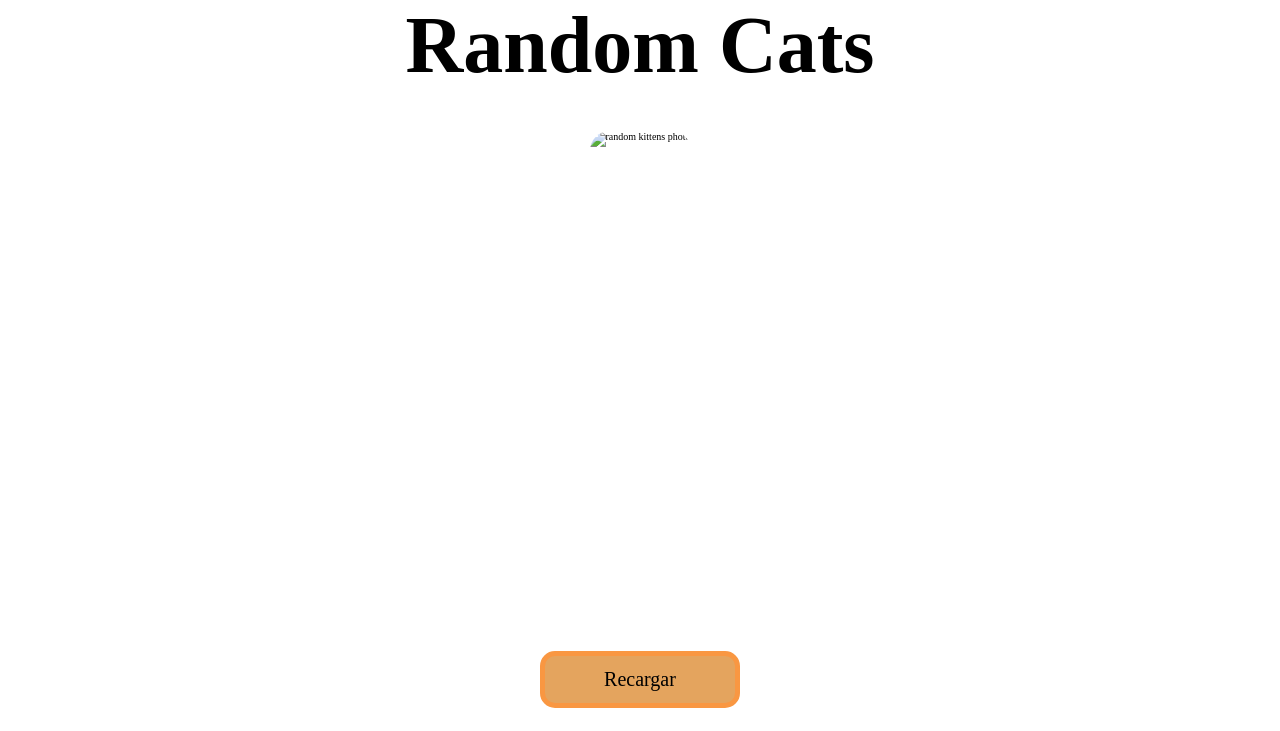
Repository: elto82/ConsumoAPIRESTjs
Page: index.html
These files come from the project's save history. The page is drawn as it stood at one moment and after the next save; the edit follows.
The browser window is 1280 px wide. The pictures show the whole page.
The page's requests for data from a server got no answer.

Above is the page before, as saved 2022-07-02 17:44:16.

### index.html
<!DOCTYPE html>
<html lang="en">

<head>
  <meta charset="UTF-8">
  <meta http-equiv="X-UA-Compatible" content="IE=edge">
  <meta name="viewport" content="width=device-width, initial-scale=1.0">
  <title>Random Cats</title>
  <link rel="stylesheet" href="style.css">
</head>

<body>
  <header>
    <h1>Random Cats</h1>
  </header>
  <section class="container">
    <img alt="random kittens photo" class="image">
    <input class="random-cat-button" type="button" value="Recargar" onclick="location.reload()">
  </section>
  <script src="./main.js"></script>
</body>

</html>

### style.css
* {
  box-sizing: border-box;
  margin: 0px;
  padding: 0px;
}
html {
  font-size: 62.5%;
}
body {
  font-family: 'Square Peg', cursive;
}
header {
  display: flex;
  justify-content: center;
}
h1 {
  font-size: 8rem;
}
.container {
  display: flex;
  flex-direction: column;
  justify-content: center;
  place-items: center;
  padding: 20px;
}
.container .image {
  border-radius: 20px;
  margin: 20px;
  width: auto;
  height: 500px;
}
.random-cat-button {
  align-items: center;
  background-color: rgb(228, 164, 94);
  border: 5px solid rgb(249, 151, 66);
  border-radius: 15px;
  cursor: pointer;
  font-family: 'Pacifico', cursive;
  font-size: 2rem;
  padding: 12px;
  width: 200px;
  height: auto;
}
.random-cat-button:hover {
  border: 5px solid rgb(228, 164, 94);
  background-color: rgb(227, 141, 67);
}

### main.js
const URL = "https://api.thecatapi.com/v1/images/search";

fetch(URL)
  .then((res) => res.json())
  .then((data) => {
    const img = document.querySelector("img");
    img.src = data[0].url;
  });

After the next save:
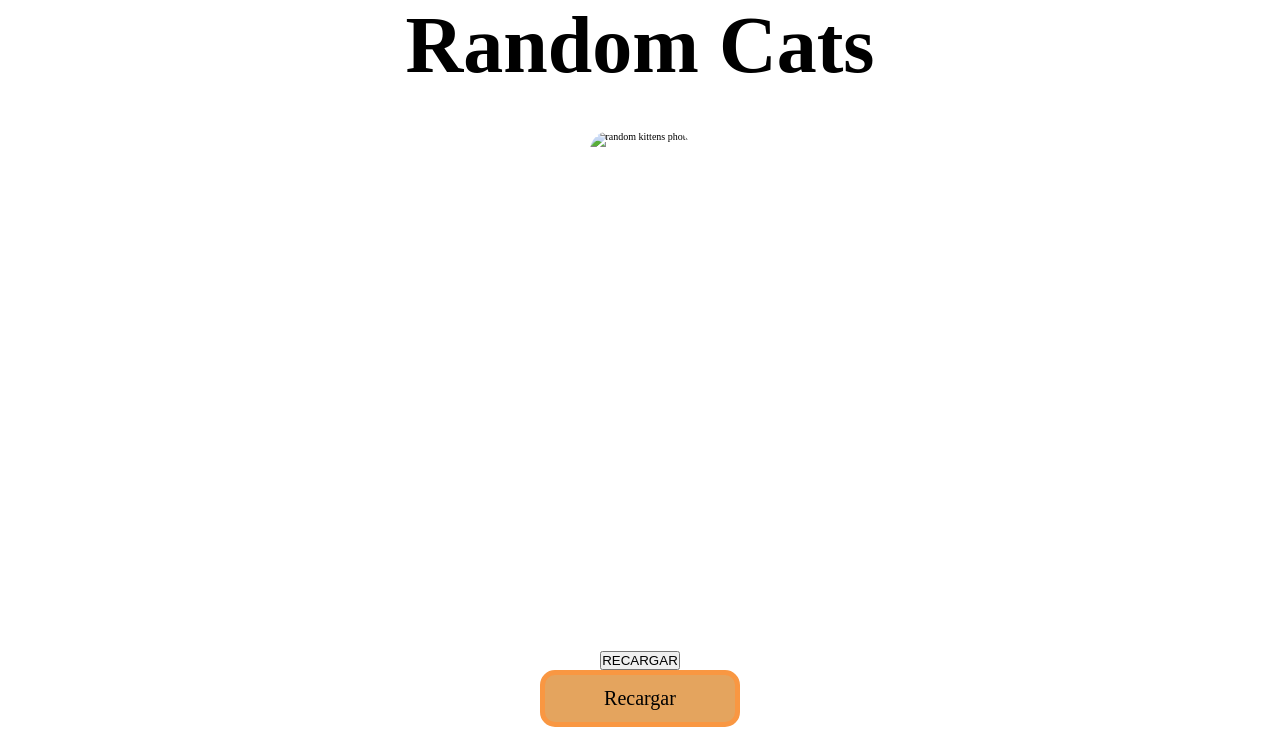
Saved 13 min 5 s later.
--- a/index.html
+++ b/index.html
@@ -15,6 +15,7 @@
   </header>
   <section class="container">
     <img alt="random kittens photo" class="image">
+    <button onclick="reload()">RECARGAR</button>
     <input class="random-cat-button" type="button" value="Recargar" onclick="location.reload()">
   </section>
   <script src="./main.js"></script>
